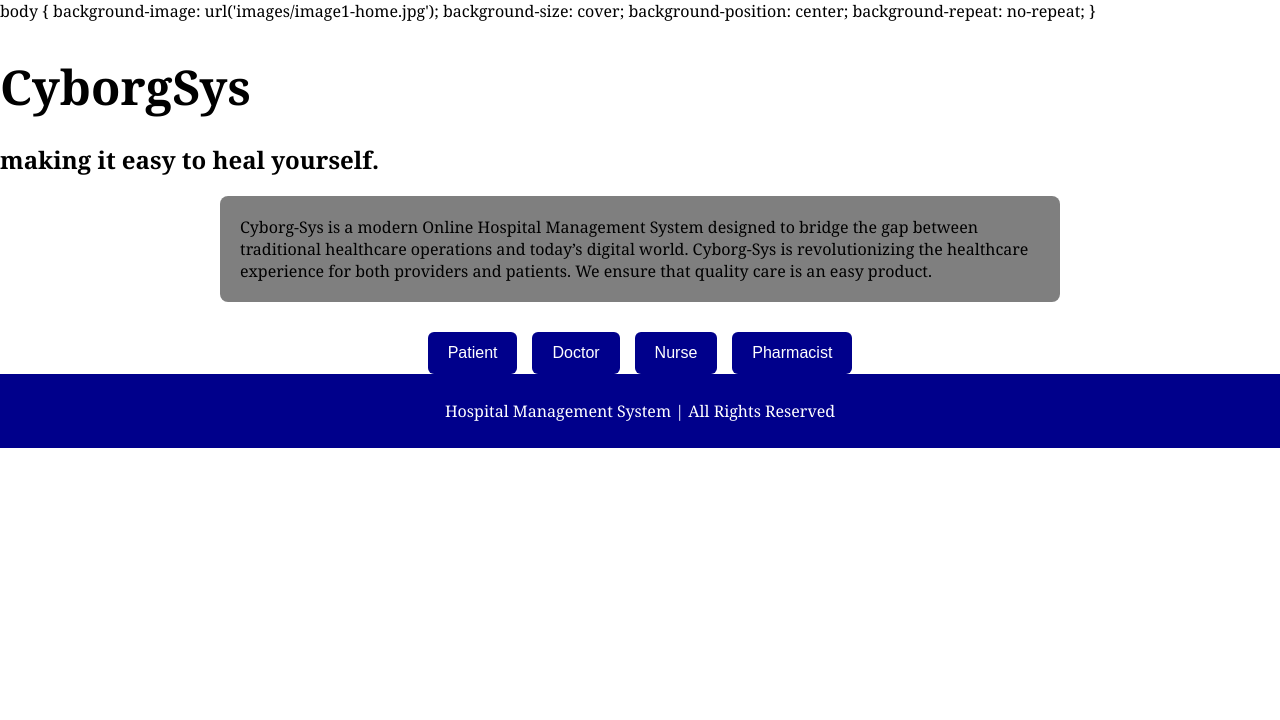
Repository: BinuriJ/HospitalSystem
Page: http://localhost/CyborgSys/home.jsp
The author's editor kept a copy of each file at every save. The page is drawn from the files as they stood at one save, then again after the next save.
The browser window is 1280 px wide. The pictures show the whole page.
The page is served by Tomcat 9.

Above is the page before, as saved 2025-05-09 18:46:04.

After the next save:
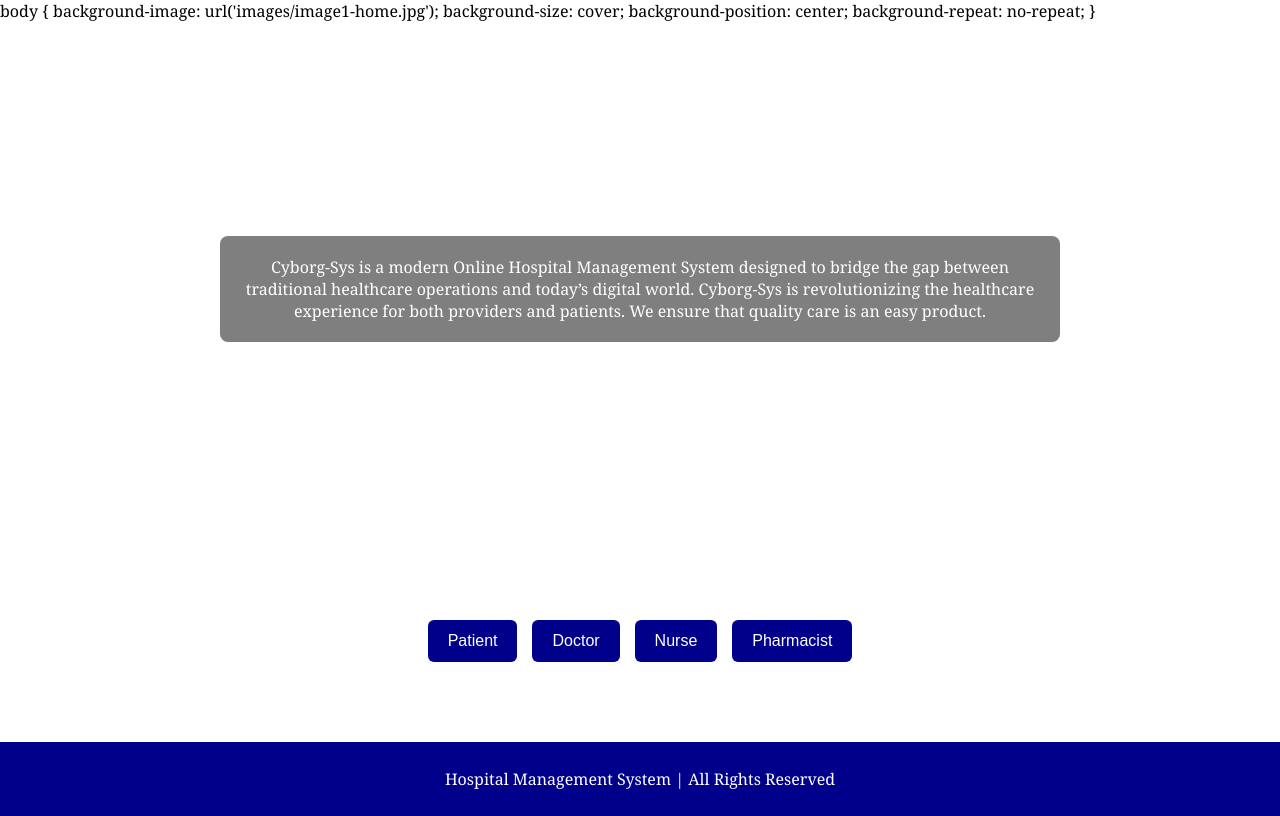
Saved 48 s later.
--- a/CyborgSys/WebContent/homeCss.jsp
+++ b/CyborgSys/WebContent/homeCss.jsp
@@ -4,6 +4,18 @@ body, html {
     padding: 0;
     font-family: Cambria, sans-serif;
     height: 100%;
+}
+
+.main-container {
+    background-attachment: fixed;
+    min-height: 100vh;
+    display: flex;
+    flex-direction: column;
+    justify-content: space-between;
+    color: white;
+    text-align: center;
+    padding: 40px 20px 80px;
+    box-sizing: border-box;
 }
 
 header h1 {
